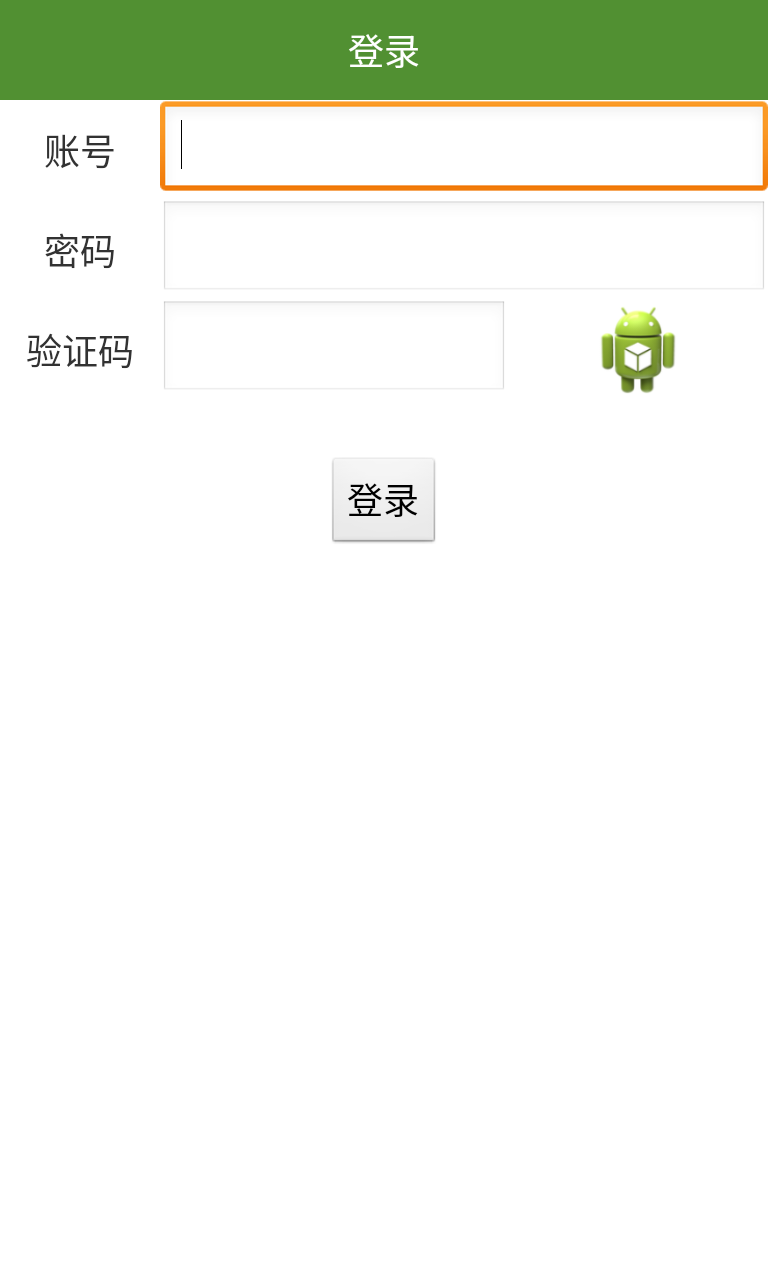
Repository: xuelang201201/Android
Layout: Android网络/android_day03_ems/res/layout/activity_login.xml
These files come from the project's save history. The layout is drawn as it stood at one moment and after the next save; the edit follows.
It is drawn on a 768 x 1280 px phone screen (xhdpi) without system bars, with theme android:Theme.Light.NoTitleBar; the app's code is not run.

Above is the layout before, as saved 2016-03-03 11:37:35.

### Android网络/android_day03_ems/res/layout/activity_login.xml
<RelativeLayout xmlns:android="http://schemas.android.com/apk/res/android"
    xmlns:tools="http://schemas.android.com/tools"
    android:layout_width="match_parent"
    android:layout_height="match_parent"
    tools:context=".AddEmpActivity" >

    <TextView
        android:id="@+id/tv_add_emp_title"
        android:layout_width="match_parent"
        android:layout_height="50dp"
        android:background="#519032"
        android:gravity="center"
        android:text="登录"
        android:textColor="#ffffff"
        android:textSize="18sp" />

    <TextView
        android:id="@+id/tv_login_emp_username"
        android:layout_width="80dp"
        android:layout_height="50dp"
        android:layout_alignParentLeft="true"
        android:layout_below="@+id/tv_add_emp_title"
        android:gravity="center"
        android:text="账号"
        android:textSize="18sp" />

    <EditText
        android:id="@+id/et_register_emp_username"
        android:layout_width="wrap_content"
        android:layout_height="wrap_content"
        android:layout_alignBottom="@+id/tv_login_emp_username"
        android:layout_alignParentRight="true"
        android:layout_below="@+id/tv_add_emp_title"
        android:layout_toRightOf="@+id/tv_login_emp_username"
        android:ems="10"
        android:inputType="textPersonName"
        android:singleLine="true" >

        <requestFocus />
    </EditText>

    <TextView
        android:id="@+id/tv_add_emp_age"
        android:layout_width="80dp"
        android:layout_height="50dp"
        android:layout_below="@+id/tv_login_emp_username"
        android:gravity="center"
        android:text="密码"
        android:textSize="18sp" />

    <TextView
        android:id="@+id/tv_add_emp_salary"
        android:layout_width="80dp"
        android:layout_height="50dp"
        android:layout_below="@+id/tv_add_emp_age"
        android:layout_toLeftOf="@+id/et_add_emp_age"
        android:gravity="center"
        android:text="验证码"
        android:textSize="18sp" />

    <EditText
        android:id="@+id/et_add_emp_code"
        android:layout_width="wrap_content"
        android:layout_height="wrap_content"
        android:layout_alignBottom="@+id/tv_add_emp_salary"
        android:layout_alignTop="@+id/tv_add_emp_salary"
        android:layout_toLeftOf="@+id/iv_login_emp_code"
        android:layout_toRightOf="@+id/tv_add_emp_salary"
        android:ems="10"
        android:singleLine="true" />

    <EditText
        android:id="@+id/et_add_emp_age"
        android:layout_width="wrap_content"
        android:layout_height="wrap_content"
        android:layout_alignBottom="@+id/tv_add_emp_age"
        android:layout_alignParentRight="true"
        android:layout_alignTop="@+id/tv_add_emp_age"
        android:layout_toRightOf="@+id/tv_add_emp_age"
        android:ems="10"
        android:inputType="textPassword"
        android:singleLine="true" />

    <RadioGroup
        android:id="@+id/rg_add_emp_gender"
        android:layout_width="wrap_content"
        android:layout_height="wrap_content"
        android:layout_below="@+id/tv_add_emp_salary"
        android:layout_toRightOf="@+id/tv_add_emp_salary"
        android:orientation="horizontal" >
    </RadioGroup>

    <Button
        android:id="@+id/btn_add_emp"
        android:layout_width="wrap_content"
        android:layout_height="wrap_content"
        android:layout_alignTop="@+id/rg_add_emp_gender"
        android:layout_centerHorizontal="true"
        android:layout_marginTop="28dp"
        android:onClick="doClick"
        android:text="登录"
        android:textSize="18sp" />

    <ImageView
        android:id="@+id/iv_login_emp_code"
        android:layout_width="130dp"
        android:layout_height="50dp"
        android:layout_alignParentRight="true"
        android:layout_below="@+id/et_add_emp_age"
        android:onClick="doClick"
        android:src="@drawable/ic_launcher" />

</RelativeLayout>

After the next save:
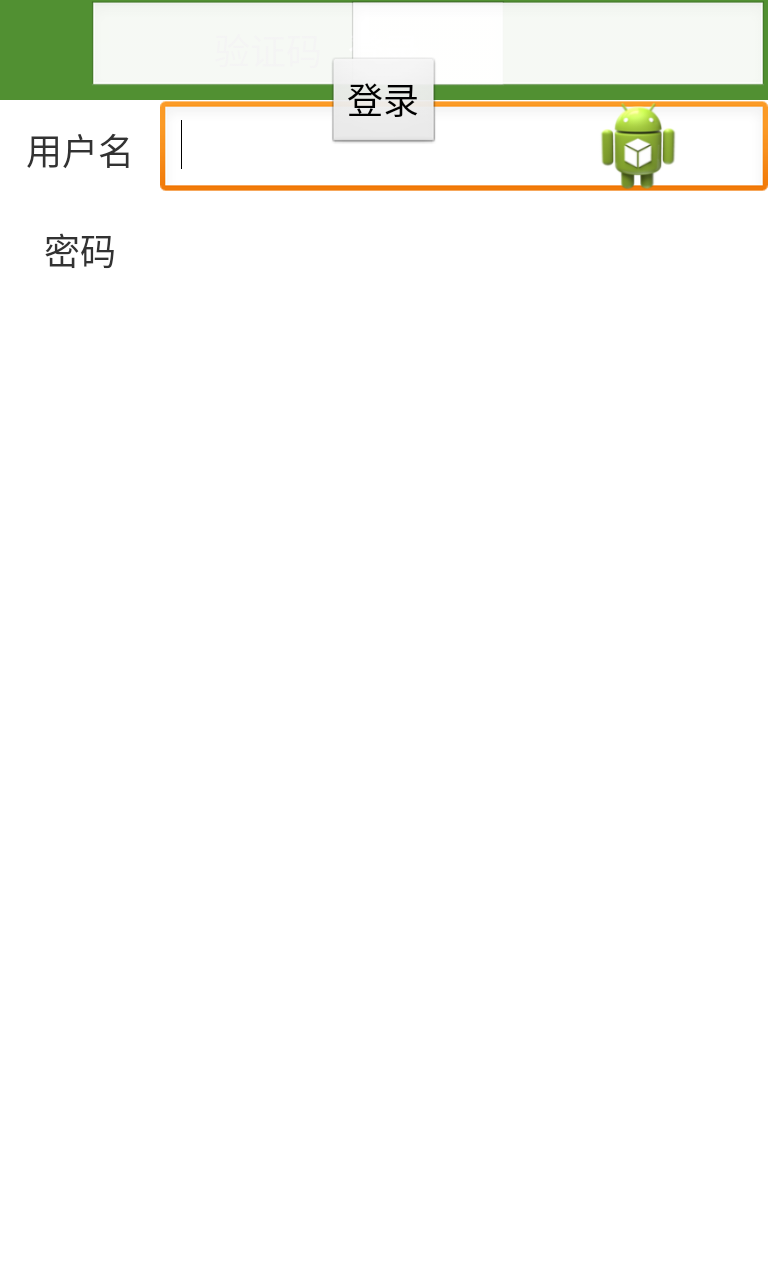
Saved 58 s later.
--- a/Android网络/android_day03_ems/res/layout/activity_login.xml
+++ b/Android网络/android_day03_ems/res/layout/activity_login.xml
@@ -21,7 +21,7 @@
         android:layout_alignParentLeft="true"
         android:layout_below="@+id/tv_add_emp_title"
         android:gravity="center"
-        android:text="账号"
+        android:text="用户名"
         android:textSize="18sp" />
 
     <EditText
@@ -40,7 +40,7 @@
     </EditText>
 
     <TextView
-        android:id="@+id/tv_add_emp_age"
+        android:id="@+id/tv_login_emp_pwd"
         android:layout_width="80dp"
         android:layout_height="50dp"
         android:layout_below="@+id/tv_login_emp_username"
@@ -49,7 +49,7 @@
         android:textSize="18sp" />
 
     <TextView
-        android:id="@+id/tv_add_emp_salary"
+        android:id="@+id/tv_login_emp_code"
         android:layout_width="80dp"
         android:layout_height="50dp"
         android:layout_below="@+id/tv_add_emp_age"
@@ -59,7 +59,7 @@
         android:textSize="18sp" />
 
     <EditText
-        android:id="@+id/et_add_emp_code"
+        android:id="@+id/et_login_emp_code"
         android:layout_width="wrap_content"
         android:layout_height="wrap_content"
         android:layout_alignBottom="@+id/tv_add_emp_salary"
